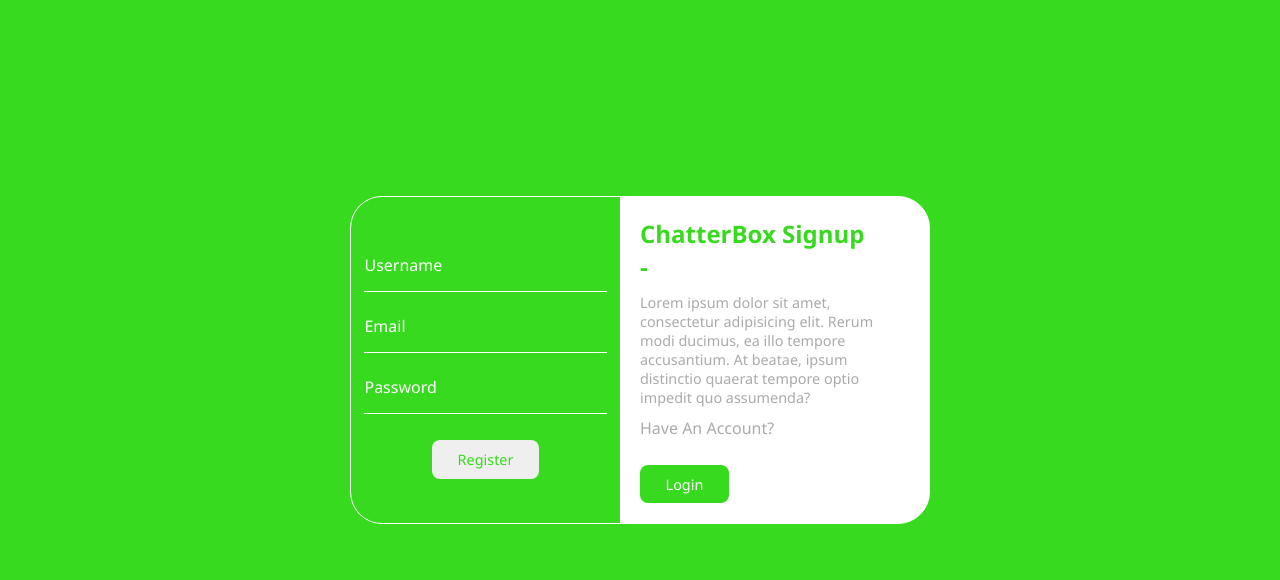
Repository: Habeebur1493/social-media-app
Page: /signup
The author's editor kept a copy of each file at every save. The page is drawn from the files as they stood at one save, then again after the next save.
The browser window is 1280 px wide. The pictures show the whole page.
The project was rebuilt for these pictures with package versions that can differ from the ones it lists, and the page was loaded fresh each time. Also part of the build but not shown: vite.config.js, src/pages/login/login.css, src/pages/login/Login.jsx.

Above is the page before, as saved 2025-01-28 02:15:59.

After the next save:
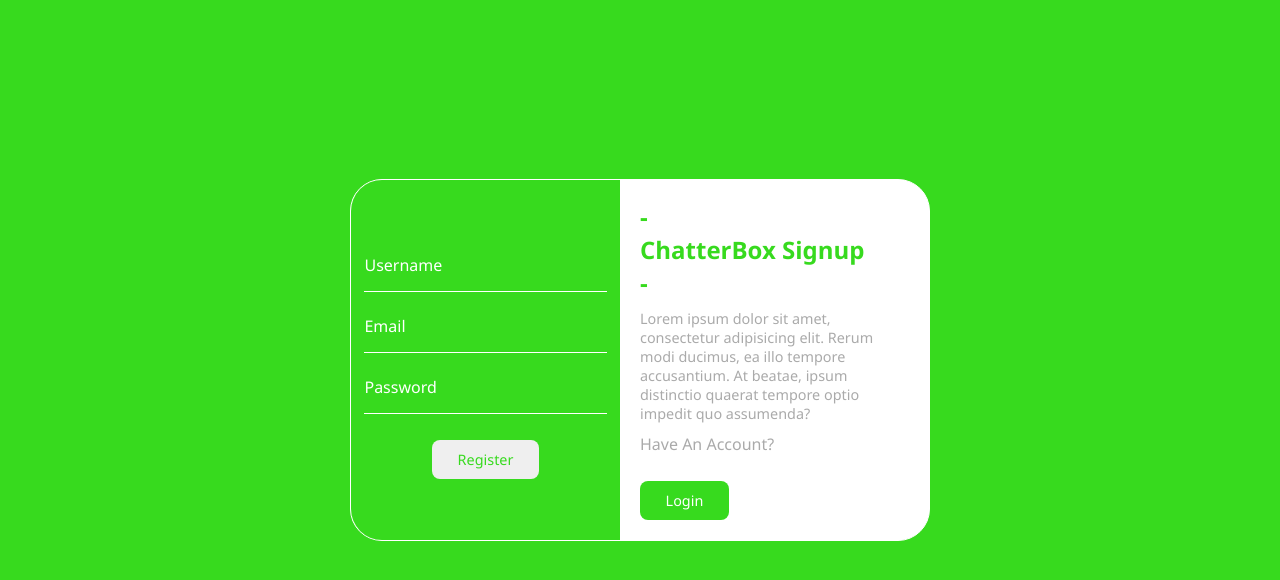
Saved 23 s later.
--- a/src/pages/signup/Signup.jsx
+++ b/src/pages/signup/Signup.jsx
@@ -9,7 +9,7 @@ export default function Signup(){
     <div className="signup">
         <div className='card'>
         <div className="left">
-            <h2>ChatterBox Signup<br /> -</h2>
+            <h2>- <br />ChatterBox Signup<br /> -</h2>
             <p>Lorem ipsum dolor sit amet, consectetur adipisicing elit. Rerum modi ducimus, ea illo tempore accusantium. At beatae, ipsum distinctio quaerat tempore optio impedit quo assumenda?</p>
             <span>Have An Account?</span>
             <Link to ='/login'>
